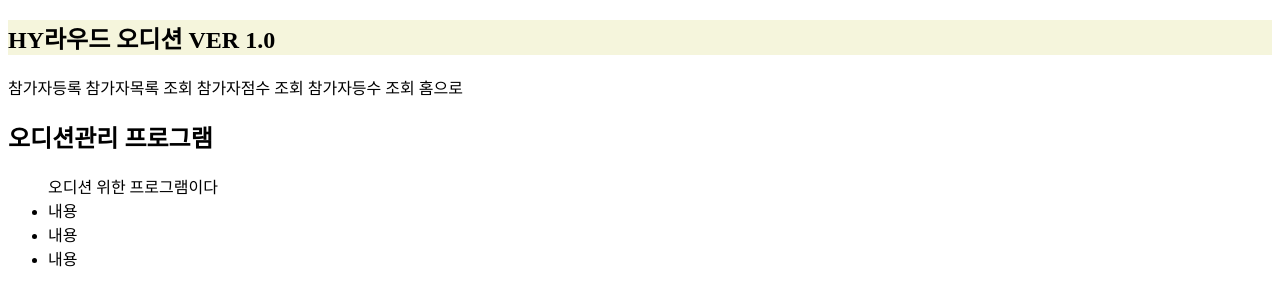
Repository: mvcfvsgdj/javaee
Page: http://localhost/prj0828/HY라우드.jsp
An editor plug-in stored every save of this project. The page is shown before and after the next save, followed by the edit.
The browser window is 1280 px wide. The pictures show the whole page.
The page is served by Tomcat 9.

Above is the page before, as saved 2023-08-28 08:13:49.

After the next save:
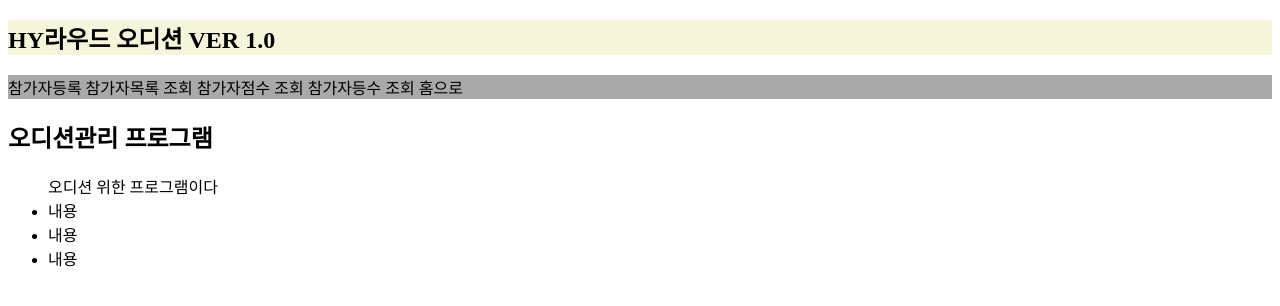
Saved 22 s later.
--- a/prj0828/src/main/webapp/css/HY라우드.css
+++ b/prj0828/src/main/webapp/css/HY라우드.css
@@ -4,3 +4,6 @@ header{
 	background-color: beige;
 
 }
+nav{
+	background-color: darkgray;
+}
